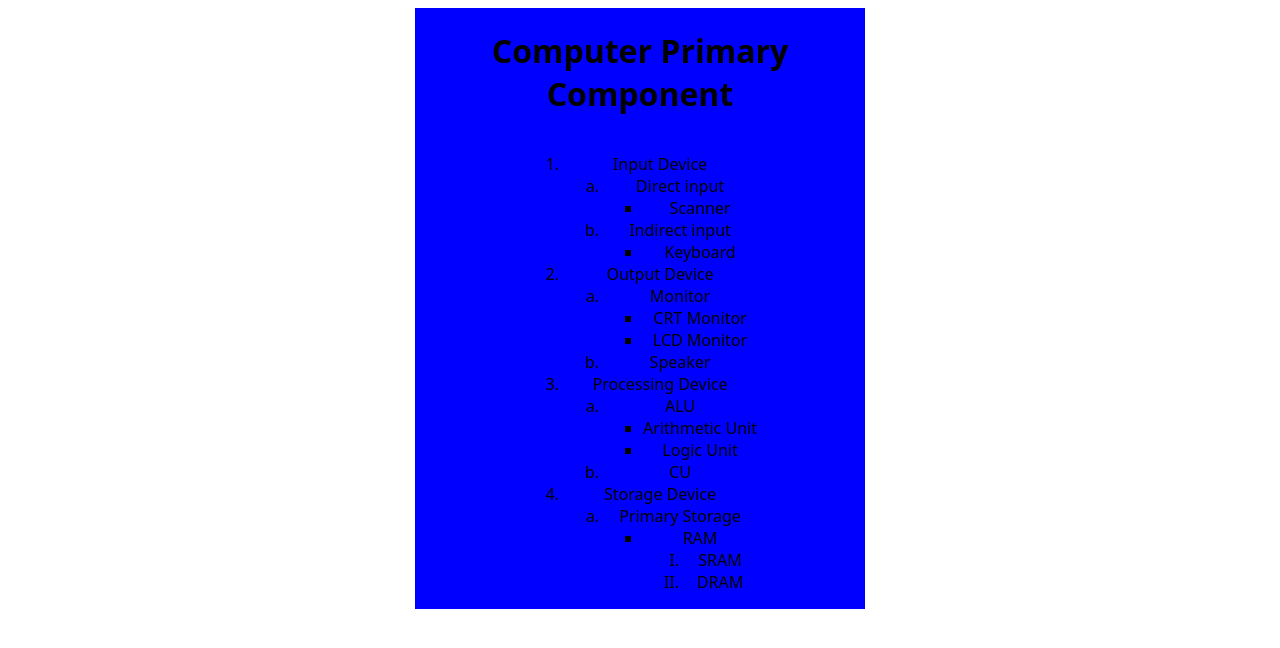
Repository: SharonSebastian32/Nested_List_in_html
Page: index.html
An editor plug-in stored every save of this project. The page is shown before and after the next save, followed by the edit.
The browser window is 1280 px wide. The pictures show the whole page.

Above is the page before, as saved 2024-09-01 07:49:32.

### index.html
<!DOCTYPE html>
<html lang="en">
  <head>
    <meta charset="UTF-8" />
    <meta name="viewport" content="width=device-width, initial-scale=1.0" />
    <title>Document</title>
    <link rel="stylesheet" href="./Styles/Styles.css" />
  </head>
  <body> <center><div
      style="
        display: flex;
        justify-content: center;
        align-items: center;
        flex-direction: column;
        background-color: blue;
        width: 450px;
      "
    >
      <h1>Computer Primary Component</h1>
      <ol>
        <li>Input Device</li>
        <ol type="a">
          <li>Direct input</li>
          <ul style="list-style-type: square">
            <li>Scanner</li>
          </ul>
          <li>Indirect input</li>
          <ul>
            <li>Keyboard</li>
          </ul>
        </ol>
        <li>Output Device</li>
        <ol type="a">
          <li>Monitor</li>
          <ul>
            <li>CRT Monitor</li>
            <li>LCD Monitor</li>
          </ul>
          <li>Speaker</li>
        </ol>
        <li>Processing Device</li>
        <ol type="a">
          <li>ALU</li>
          <ul>
            <li>Arithmetic Unit</li>
            <li>Logic Unit</li>
          </ul>
          <ul></ul>
          <li>CU</li>
        </ol>
        <li>Storage Device</li>
        <ol type="a">
          <li>Primary Storage</li>
          <ul>
            <li>RAM</li>
            <ol type="I">
              <li>SRAM</li>
              <li>DRAM</li>
            </ol>
          </ul>
        </ol>
      </ol>
    </div></center>

  </body>
</html>

### Styles/Styles.css
*{
    font-family: system-ui, -apple-system, BlinkMacSystemFont, 'Segoe UI', Roboto, Oxygen, Ubuntu, Cantarell, 'Open Sans', 'Helvetica Neue', sans-serif;

}

After the next save:
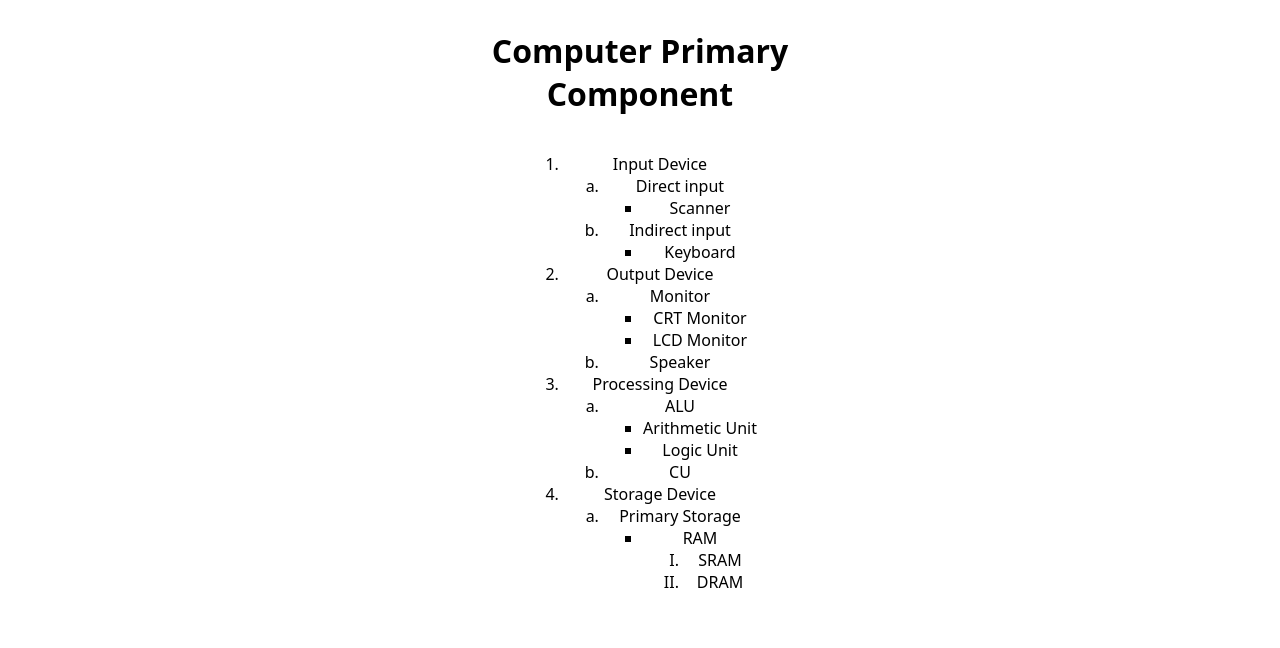
Saved 16 s later.
--- a/index.html
+++ b/index.html
@@ -12,7 +12,7 @@
         justify-content: center;
         align-items: center;
         flex-direction: column;
-        background-color: blue;
+        background-color: rgb(255, 255, 255);
         width: 450px;
       "
     >
